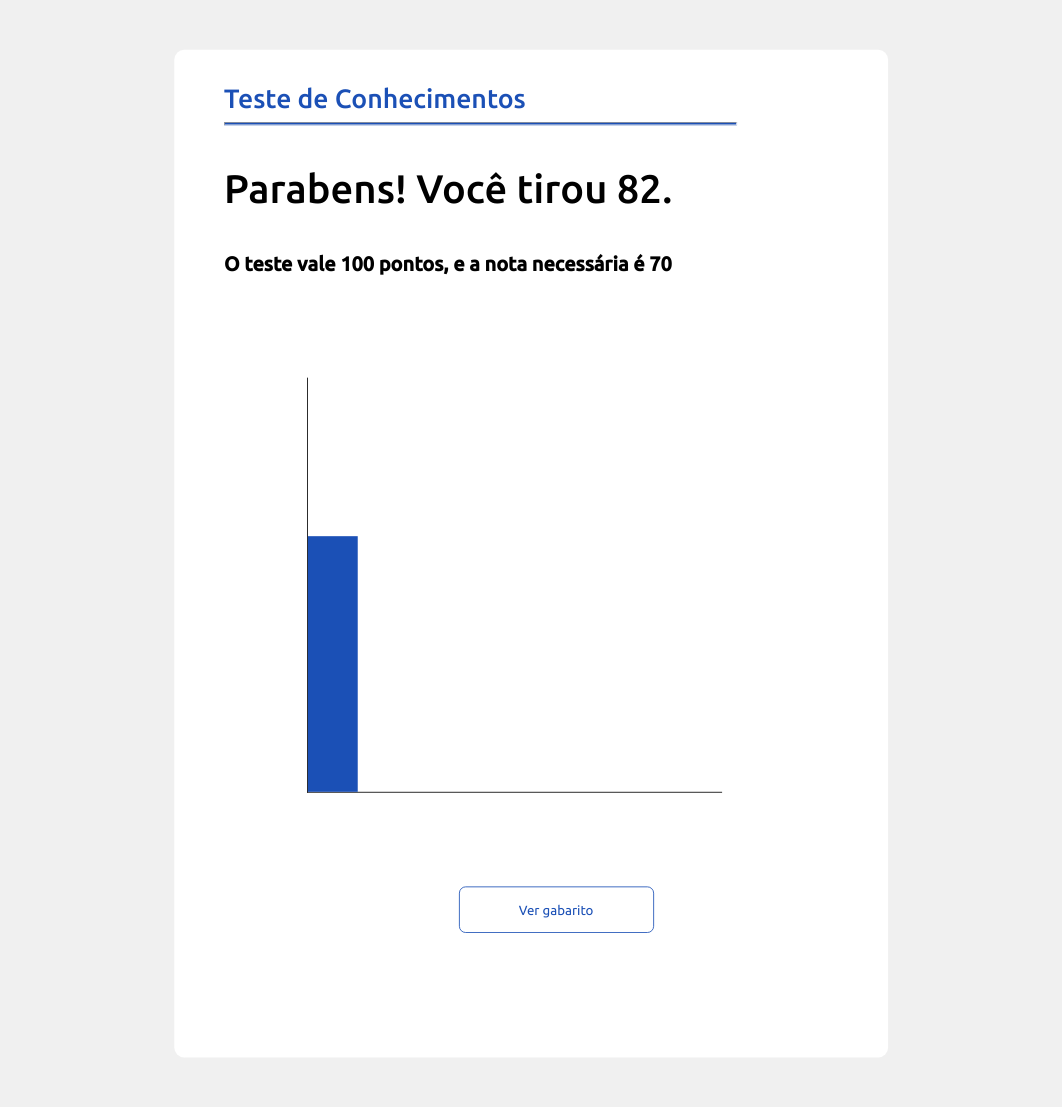
Repository: Delei09/desafioPerguntas
Page: /resultado (app in frontend/)
An editor plug-in stored every save of this project. The page is shown before and after the next save, followed by the edit.
The browser window is 1280 px wide. The pictures show the whole page, at 83% of full size.
The project was rebuilt for these pictures with package versions that can differ from the ones it lists, and the page was loaded fresh each time. A package was used in the major version that the imports need, not the one package.json lists. Also part of the build but not shown: frontend/src/styles/home.scss, frontend/src/page/Home.tsx, frontend/src/styles/gabarito.scss, frontend/src/page/Gabarito.tsx.

Above is the page before, as saved 2021-08-19 08:35:48.

After the next save:
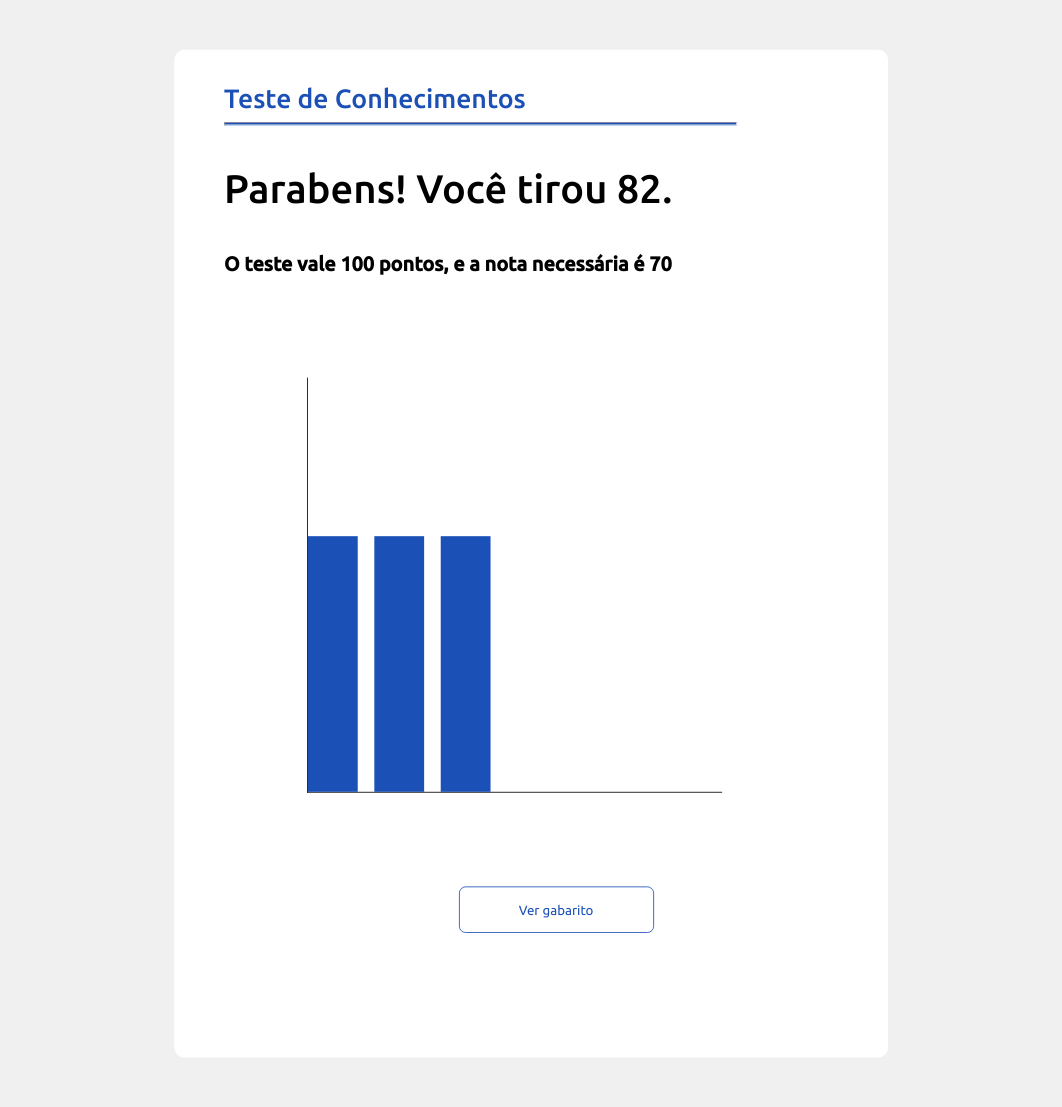
Saved 15 s later.
--- a/frontend/src/page/Resultado.tsx
+++ b/frontend/src/page/Resultado.tsx
@@ -20,8 +20,8 @@ console.log(respGeo, respHis, respMat)
           <div className= 'divResultadoGrafico'>
 
                   <div className = 'graficoMat'></div>
-                  <div className = 'grafic0Mat'></div>
-                  <div className = 'grafic0Mat'></div>
+                  <div className = 'graficoHis'></div>
+                  <div className = 'graficoGeo'></div>
 
 
           </div>
